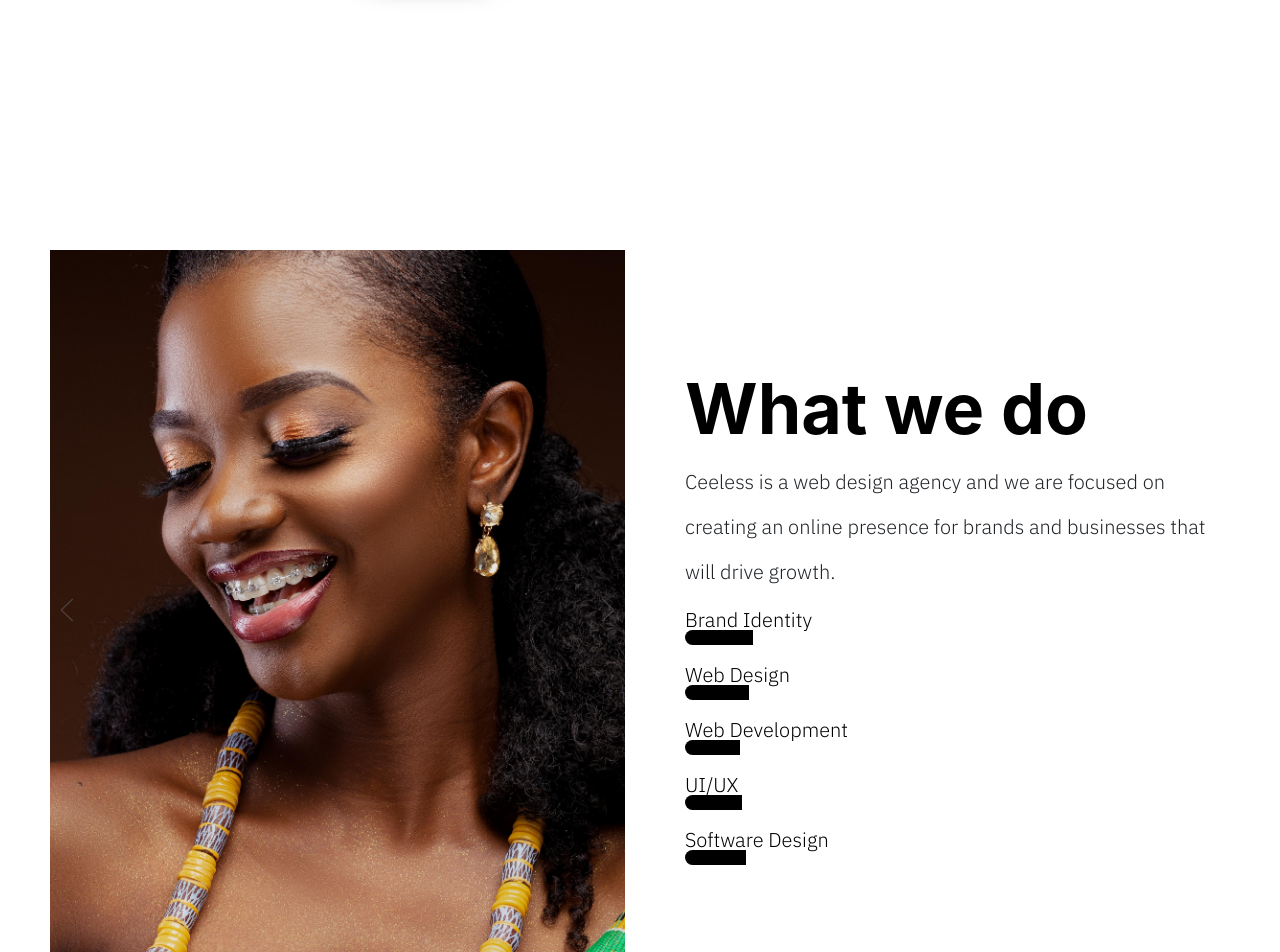
Repository: Licorne-Technologies/Ceeless-v2
Page: index.html
These files come from the project's save history. The page is drawn as it stood at one moment and after the next save; the edit follows.
The browser window is 1280 px wide. The pictures show the part of the page from y = 591 to 1543 px (the page is 3087 px tall before and 3297 px after).
Some web libraries are served in a nearby version. The style sheet was rebuilt from its Sass, Less or Tailwind sources for each picture, by a compiler version that may differ from the author's.

Above is the page before, as saved 2020-06-15 14:12:27.

After the next save:
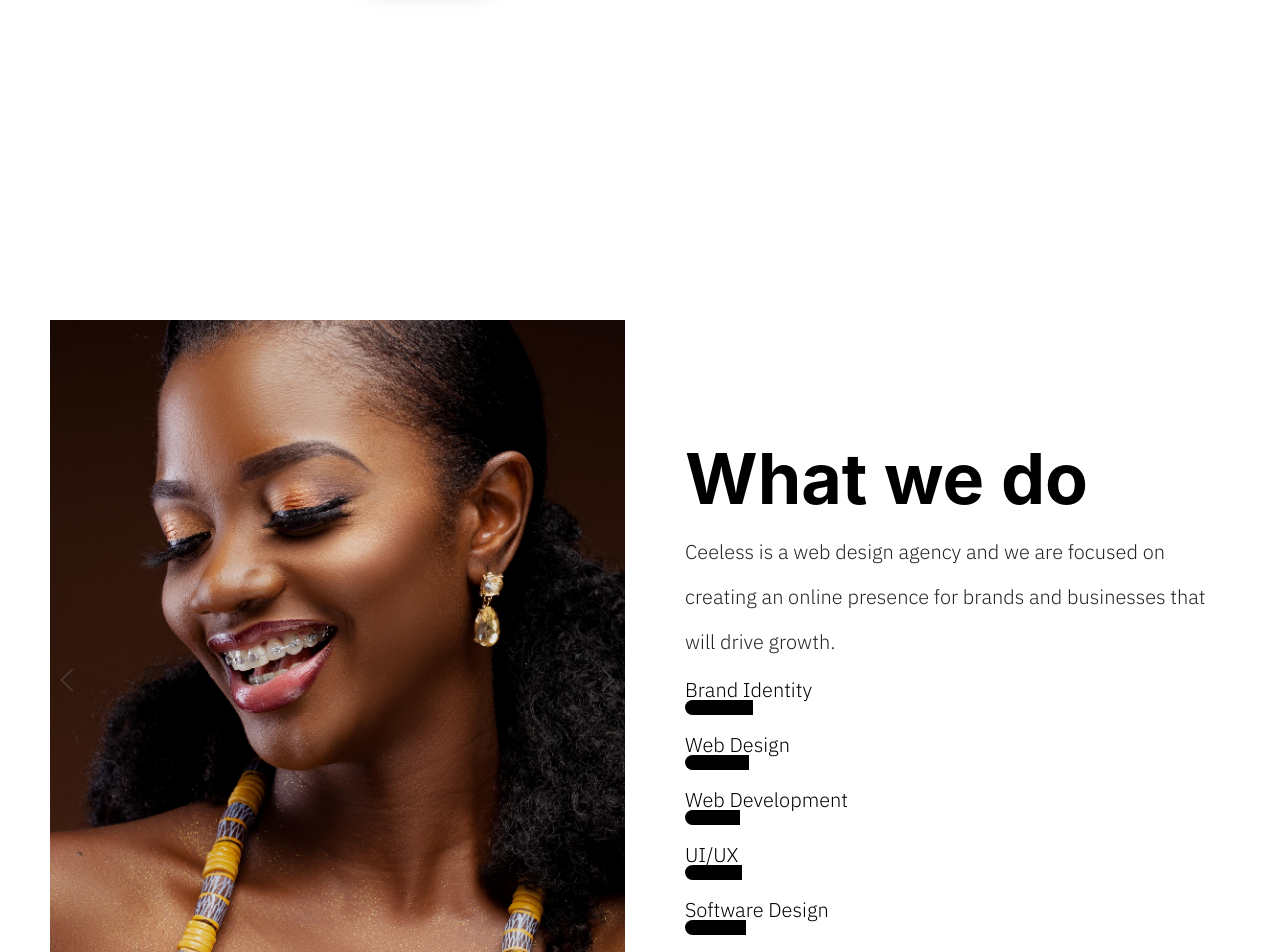
Saved 78 s later.
--- a/css/stylesheet.scss
+++ b/css/stylesheet.scss
@@ -17,6 +17,7 @@
  section {
     height: 100vh;
     padding: 30px 0px;
+    margin-bottom: 70px;
 }
 
 .title {
